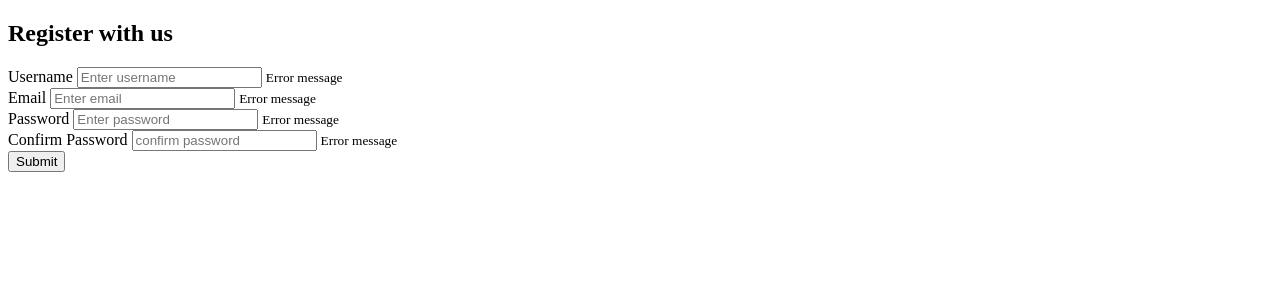
Repository: Azariagmt/Vanilla-javascript
Page: Form-Validator/index.html
An editor plug-in stored every save of this project. The page is shown before and after the next save, followed by the edit.
The browser window is 1280 px wide. The pictures show the whole page.

Above is the page before, as saved 2020-04-18 17:54:23.

### Form-Validator/index.html
<!DOCTYPE html>
<!--[if lt IE 7]>      <html class="no-js lt-ie9 lt-ie8 lt-ie7"> <![endif]-->
<!--[if IE 7]>         <html class="no-js lt-ie9 lt-ie8"> <![endif]-->
<!--[if IE 8]>         <html class="no-js lt-ie9"> <![endif]-->
<!--[if gt IE 8]><!--> <html class="no-js"> <!--<![endif]-->
    <head>
        <meta charset="utf-8">
        <meta http-equiv="X-UA-Compatible" content="IE=edge">
        <title>Form Validator</title>
        <meta name="description" content="">
        <meta name="viewport" content="width=device-width, initial-scale=1">
        <link rel="stylesheet" href="style.css">
    </head>
    <body>
        <!--[if lt IE 7]>
            <p class="browsehappy">You are using an <strong>outdated</strong> browser. Please <a href="#">upgrade your browser</a> to improve your experience.</p>
        <![endif]-->

        <div class="container">
            <form action="" id="form" class="form">
                <h2> Register with us   </h2>
                <div class="form-control">
                    <label for="username">Username</label>
                    <input type="text" id="username" placeholder="Enter username">
                    <small> Error message</small>
                </div>
                <div class="form-control">
                    <label for="email">Email</label>
                    <input type="text" id="email" placeholder="Enter email">
                    <small> Error message</small>
                </div>
                <div class="form-control">
                    <label for="password">Password</label>
                    <input type="password" id="password" placeholder="Enter password">
                    <small> Error message</small>
                </div>
                <div class="form-control">
                    <label for="confirm">Confirm Password</label>
                    <input type="password" id="confirm" placeholder="confirm password">
                    <small> Error message</small>
                </div>
                <button>Submit</button>
            </form>
        </div>
        <script src="script.js" async defer></script>
    </body>
</html>

### Form-Validator/style.css

*{
    box-sizing: border-box;
}

body{
    background-color: ;
}

Loaded but not shown: Form-Validator/script.js (no copy from this time; the picture is the same without it)

After the next save:
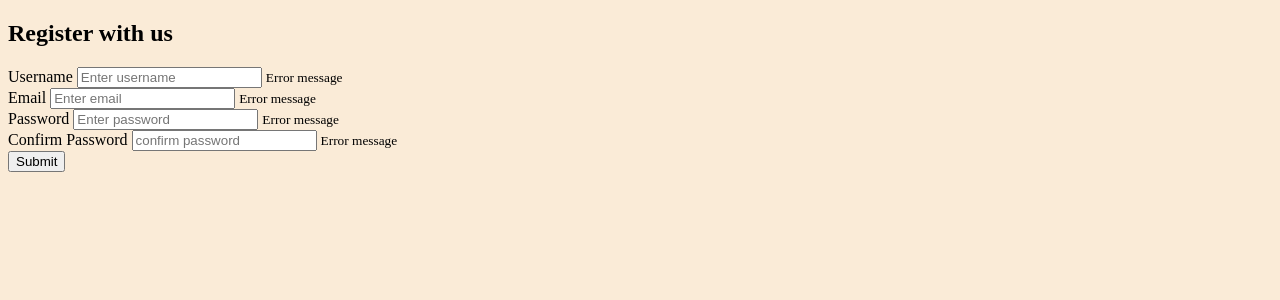
Saved 6 s later.
--- a/Form-Validator/style.css
+++ b/Form-Validator/style.css
@@ -4,5 +4,5 @@
 }
 
 body{
-    background-color: ;
+    background-color: antiquewhite;
 }
